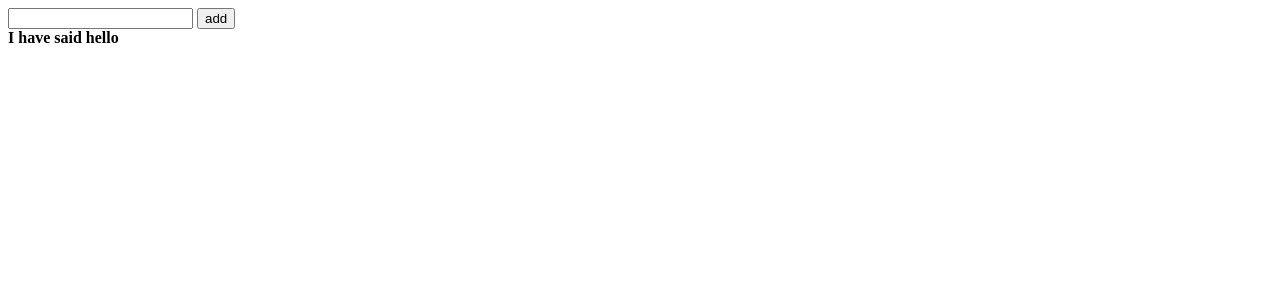
Repository: hafielyr/Mitrais-JavaServlet3Exercise
Page: http://localhost/ServletProject4/Servlet
These files come from the project's save history. The page is drawn as it stood at one moment and after the next save; the edit follows.
The browser window is 1280 px wide. The pictures show the whole page.
The page is served by Tomcat 9.

Above is the page before, as saved 2017-04-21 02:46:05.

After the next save:
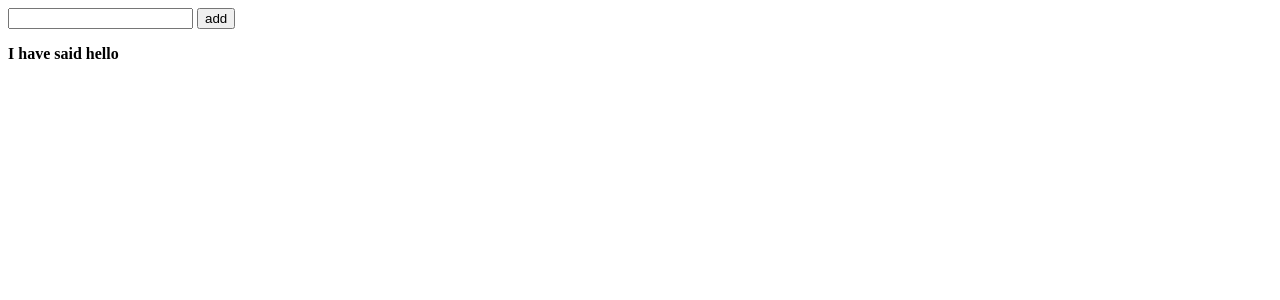
Saved 10 s later.
--- a/project4-exercise/ServletProject4/WebContent/hello.jsp
+++ b/project4-exercise/ServletProject4/WebContent/hello.jsp
@@ -1,6 +1,7 @@
 <%@ page language="java" contentType="text/html; charset=ISO-8859-1"
     pageEncoding="ISO-8859-1"%>
 <%@ taglib prefix="c" uri="http://java.sun.com/jsp/jstl/core" %>
+<anyxmlelement xmlns:c="http://java.sun.com/jsp/jstl/core">
 <!DOCTYPE html PUBLIC "-//W3C//DTD HTML 4.01 Transitional//EN" "http://www.w3.org/TR/html4/loose.dtd">
 <html>
 <head>

After the save that followed:
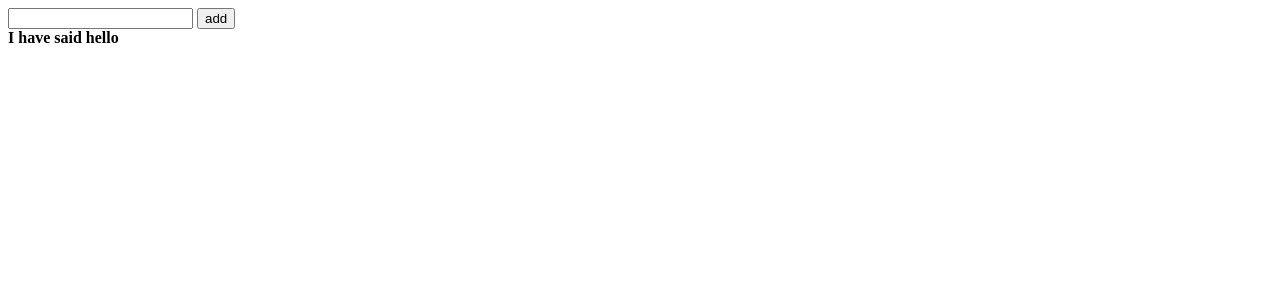
Saved 25 s later.
--- a/project4-exercise/ServletProject4/WebContent/hello.jsp
+++ b/project4-exercise/ServletProject4/WebContent/hello.jsp
@@ -1,7 +1,6 @@
 <%@ page language="java" contentType="text/html; charset=ISO-8859-1"
     pageEncoding="ISO-8859-1"%>
 <%@ taglib prefix="c" uri="http://java.sun.com/jsp/jstl/core" %>
-<anyxmlelement xmlns:c="http://java.sun.com/jsp/jstl/core">
 <!DOCTYPE html PUBLIC "-//W3C//DTD HTML 4.01 Transitional//EN" "http://www.w3.org/TR/html4/loose.dtd">
 <html>
 <head>
